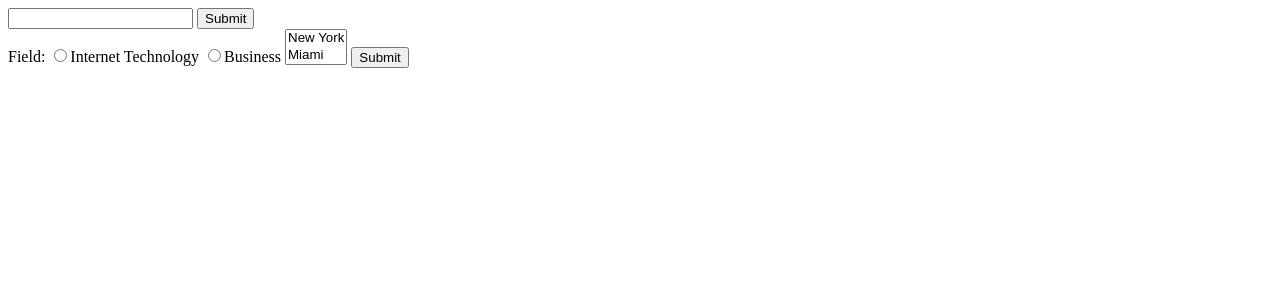
Repository: atonizer/workspace
Page: testProject/WebContent/SimpleForm.html
An editor plug-in stored every save of this project. The page is shown before and after the next save, followed by the edit.
The browser window is 1280 px wide. The pictures show the whole page.

Above is the page before, as saved 2016-08-19 07:51:49.

### testProject/WebContent/SimpleForm.html
<!DOCTYPE html>
<html>
<head>
<meta charset="UTF-8">
<title>Simple Form</title>
</head>
<body>
<form method="get"  action="classServletPath">
	<input name="name" />
	<input type="submit" />
	<br/>
	Field:
	<input type="radio" name="field" value="it">Internet Technology</input>
	<input type="radio" name="field" value="business">Business</input>
	<select name="location" multiple size = 2>
	<option value="newyork">New York</option>
	<option value="miami">Miami</option>
	<option value="los">Los</option>
	</select>
	<input type="submit"/>
</form>
</body>
</html>

After the next save:
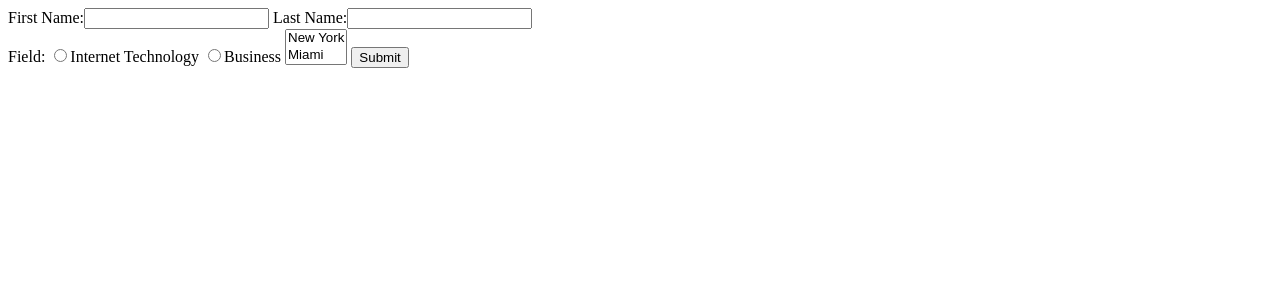
Saved 2 min 4 s later.
--- a/testProject/WebContent/SimpleForm.html
+++ b/testProject/WebContent/SimpleForm.html
@@ -6,8 +6,8 @@
 </head>
 <body>
 <form method="get"  action="classServletPath">
-	<input name="name" />
-	<input type="submit" />
+	First Name:<input name="name" />
+	Last Name:<input name="last" />
 	<br/>
 	Field:
 	<input type="radio" name="field" value="it">Internet Technology</input>
